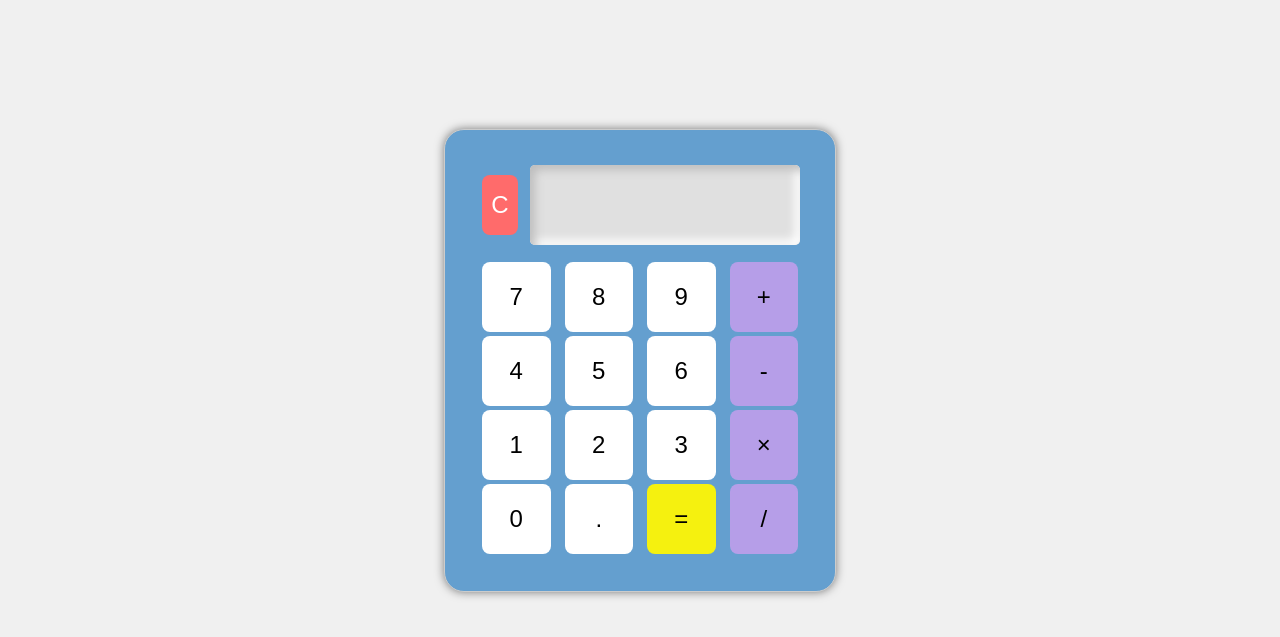
Repository: Burnmyheart/calculator
Page: index.html
The author's editor kept a copy of each file at every save. The page is drawn from the files as they stood at one save, then again after a run of saves.
The browser window is 1280 px wide. The pictures show the whole page.

Above is the page before, as saved 2025-04-29 00:11:13.

After the next 2 saves:
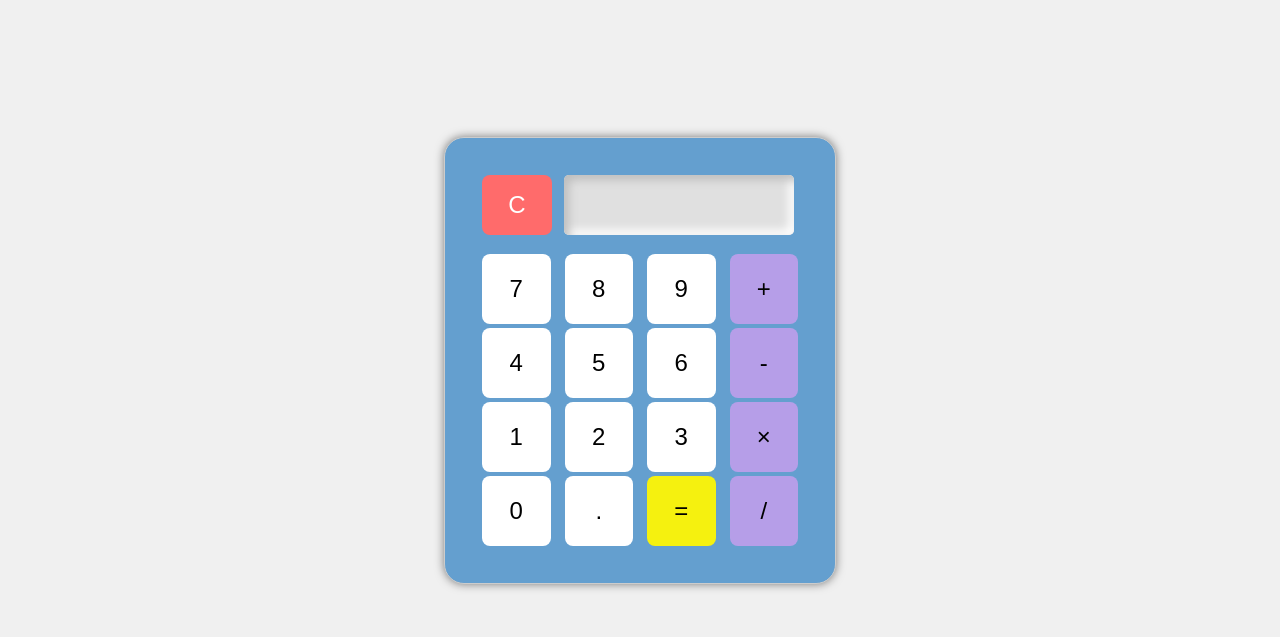
The 2 saves are shown as one change because they came seconds apart.
The last was saved 7 s later.
--- a/style.css
+++ b/style.css
@@ -33,7 +33,7 @@ input {
 #display {
   width: 200px;
   height: 50px;
-  padding: 15px 35px;
+  padding: 5px 15px;
   text-align: right;
   font-size: 24px;
   border-radius: 5px;
